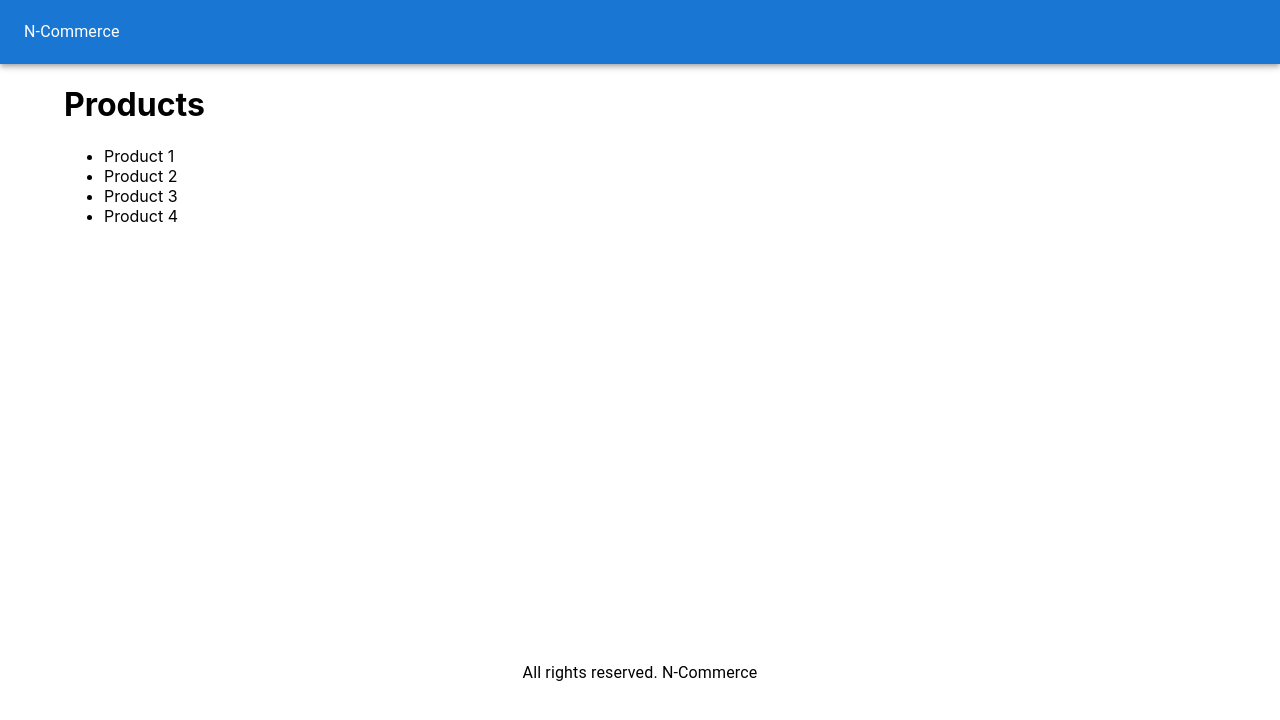
Repository: AK0493/Next-Commerce
Page: /
An editor plug-in stored every save of this project. The page is shown before and after the next save, followed by the edit.
The browser window is 1280 px wide. The pictures show the whole page.
The project was rebuilt for these pictures with package versions that can differ from the ones it lists, and the page was loaded fresh each time. The framework's server and built-in components were replaced by stand-ins that run in the browser. Also part of the build but not shown: next.config.js, styles/Home.module.css.

Above is the page before, as saved 2022-02-04 12:11:43.

### pages/_app.js
import { useEffect } from 'react';
import '../styles/globals.css';

function MyApp({ Component, pageProps }) {
  useEffect(() => {
    const jssStyles = document.querySelector('#jss-server-side');
    if (jssStyles) {
      jssStyles.parentElement.removeChild(jssStyles);
    }
  }, []);
  return <Component {...pageProps} />;
}

export default MyApp;

### pages/index.js
import Head from 'next/head';
import Image from 'next/image';
import Layout from '../components/Layout';
import styles from '../styles/Home.module.css';

export default function Home() {
  return (
    <Layout>
      <h1>Products</h1>
      <ul>
        <li>Product 1</li>
        <li>Product 2</li>
        <li>Product 3</li>
        <li>Product 4</li>
      </ul>
    </Layout>
  );
}

### components/Layout.js
import { AppBar, Container, Toolbar, Typography } from '@mui/material';
import Head from 'next/head';
import React from 'react';
import useStyles from '../utils/styles';

export default function Layout({ children }) {
  const classes = useStyles();
  return (
    <div>
      <Head>
        <title>Next-Commerce</title>
      </Head>
      <AppBar position="static" className={classes.navbar}>
        <Toolbar>
          <Typography>N-Commerce</Typography>
        </Toolbar>
      </AppBar>
      <Container className={classes.main}>{children}</Container>
      <footer className={classes.footer}>
        <Typography>All rights reserved. N-Commerce</Typography>
      </footer>
    </div>
  );
}

### utils/styles.js
import { makeStyles } from '@mui/styles';

const useStyles = makeStyles({
  navbar: {
    backgroundColor: '#203040',
  },
  '& a': {
    color: '#fff',
    marginLeft: '10',
  },
  main: {
    minHeight: '80vh',
  },
  footer: {
    textAlign: 'center',
  },
});
export default useStyles;

Loaded but not shown: styles/globals.css (common file)

After the next save:
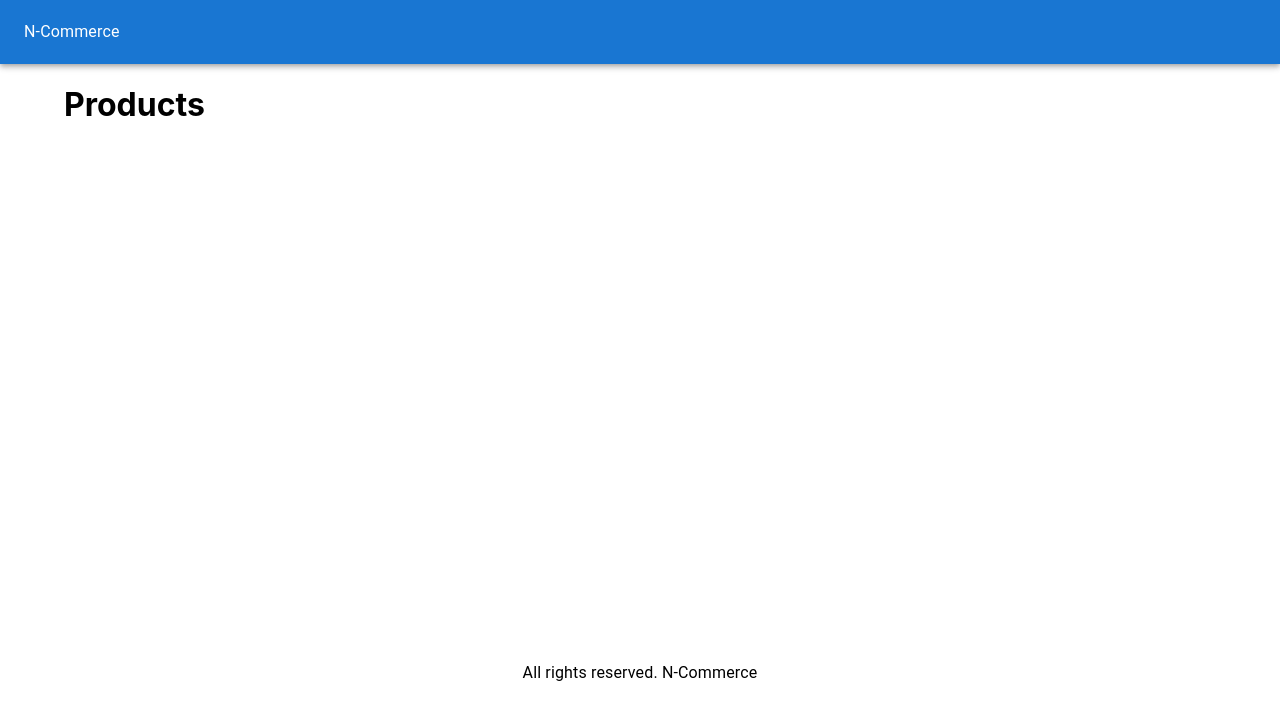
Saved 67 s later.
--- a/pages/index.js
+++ b/pages/index.js
@@ -7,12 +7,6 @@
   return (
     <Layout>
       <h1>Products</h1>
-      <ul>
-        <li>Product 1</li>
-        <li>Product 2</li>
-        <li>Product 3</li>
-        <li>Product 4</li>
-      </ul>
     </Layout>
   );
 }
